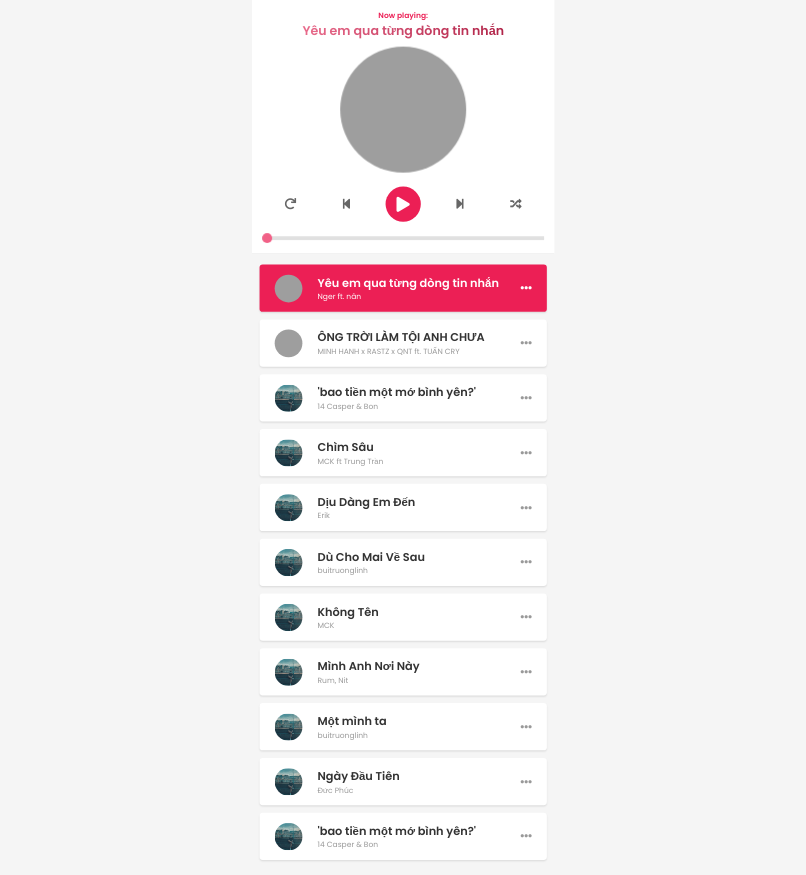
Repository: lt-chinh098406/BIn-Music
Page: index.html
The author's editor kept a copy of each file at every save. The page is drawn from the files as they stood at one save, then again after the next save.
The browser window is 1280 px wide. The pictures show the whole page, at 63% of full size.
Pictures or frames that could not be fetched are drawn as grey boxes.

Above is the page before, as saved 2022-03-20 13:34:57.

### index.html
<!DOCTYPE html>
<html lang="en">
  <head>
    <meta charset="UTF-8" />
    <meta http-equiv="X-UA-Compatible" content="IE=edge" />
    <meta name="viewport" content="width=device-width, initial-scale=1.0" />
    <title>Music player</title>
    <link
      rel="stylesheet"
      href="https://cdnjs.cloudflare.com/ajax/libs/font-awesome/5.15.2/css/all.min.css"
      integrity="sha512-HK5fgLBL+xu6dm/Ii3z4xhlSUyZgTT9tuc/hSrtw6uzJOvgRr2a9jyxxT1ely+B+xFAmJKVSTbpM/CuL7qxO8w=="
      crossorigin="anonymous"
    />
    <link rel="preconnect" href="https://fonts.gstatic.com" />
    <link
      href="https://fonts.googleapis.com/css2?family=Poppins:wght@300;400;600&display=swap"
      rel="stylesheet"
    />
    <link rel="stylesheet" href="./assets/main.css" />
  </head>
  <body>
    <body>
      <div class="player">
        <!-- Dashboard -->
        <div class="dashboard">
          <!-- Header -->
          <header>
            <h4>Now playing:</h4>
            <h2>String 57th & 9th</h2>
          </header>

          <!-- CD -->
          <div class="cd">
            <div class="cd-thumb"></div>
          </div>

          <!-- Control -->
          <div class="control">
            <div class="btn btn-repeat">
              <i class="fas fa-redo"></i>
            </div>
            <div class="btn btn-prev">
              <i class="fas fa-step-backward"></i>
            </div>
            <div class="btn btn-toggle-play">
              <i class="fas fa-pause icon-pause"></i>
              <i class="fas fa-play icon-play"></i>
            </div>
            <div class="btn btn-next">
              <i class="fas fa-step-forward"></i>
            </div>
            <div class="btn btn-random">
              <i class="fas fa-random"></i>
            </div>
          </div>

          <input
            id="progress"
            class="progress"
            type="range"
            value="0"
            step="1"
            min="0"
            max="100"
          />

          <audio id="audio" src=""></audio>
        </div>

        <!-- Playlist -->
        <div class="playlist"></div>
      </div>

      <script src="./main.js"></script>
    </body>
  </body>
</html>

### assets/main.css
:root {
  --primary-color: #ec1f55;
  --text-color: #333;
}

* {
  padding: 0;
  margin: 0;
  box-sizing: inherit;
}

body {
  background-color: #f5f5f5;
}

html {
  box-sizing: border-box;
  font-family: "Poppins", sans-serif;
}

.player {
  position: relative;
  max-width: 480px;
  margin: 0 auto;
}

.player .icon-pause {
  display: none;
}

.player.playing .icon-pause {
  display: inline-block;
}

.player.playing .icon-play {
  display: none;
}

.dashboard {
  padding: 16px 16px 14px;
  background-color: #fff;
  position: fixed;
  top: 0;
  width: 100%;
  max-width: 480px;
  border-bottom: 1px solid #ebebeb;
}

/* HEADER */
header {
  text-align: center;
  margin-bottom: 10px;
}

header h4 {
  color: var(--primary-color);
  font-size: 12px;
}

header h2 {
  font-size: 20px;
  background-image: linear-gradient(to right, #f47999, #a5163b);
  color: transparent;
  -webkit-background-clip: text;
}

/* CD */
.cd {
  display: flex;
  margin: auto;
  width: 200px;
}

.cd-thumb {
  width: 100%;
  padding-top: 100%;
  border-radius: 50%;
  background-color: #333;
  background-size: cover;
  margin: auto;
}

/* CONTROL */
.control {
  display: flex;
  align-items: center;
  justify-content: space-around;
  padding: 18px 0 8px 0;
}

.control .btn {
  color: #666;
  padding: 18px;
  font-size: 18px;
  cursor: pointer;
}

.control .btn.active {
  color: var(--primary-color);
}

.control .btn-toggle-play {
  width: 56px;
  height: 56px;
  border-radius: 50%;
  font-size: 24px;
  color: #fff;
  display: flex;
  align-items: center;
  justify-content: center;
  background-color: var(--primary-color);
}

.progress {
  width: 100%;
  -webkit-appearance: none;
  height: 6px;
  background: #d3d3d3;
  outline: none;
  opacity: 0.7;
  -webkit-transition: 0.2s;
  transition: opacity 0.2s;
  cursor: pointer;
}

.progress::-webkit-slider-thumb {
  -webkit-appearance: none;
  appearance: none;
  background-color: var(--primary-color);
  cursor: pointer;
  height: 16px;
  width: 16px;
  border-radius: 100%;
  border: none;
  outline: none;
  z-index: 9;
  position: relative;
}

/* PLAYLIST */
.playlist {
  margin-top: 408px;
  padding: 12px;
}

.song {
  display: flex;
  align-items: center;
  margin-bottom: 12px;
  background-color: #fff;
  padding: 8px 16px;
  border-radius: 5px;
  box-shadow: 0 2px 3px rgba(0, 0, 0, 0.1);
  cursor: pointer;
}

.song.active {
  background-color: var(--primary-color);
}

.song:active {
  opacity: 0.8;
}

.song.active .option,
.song.active .author,
.song.active .title {
  color: #fff;
}

.song .thumb {
  width: 44px;
  height: 44px;
  border-radius: 50%;
  background-size: cover;
  margin: 0 8px;
}

.song .body {
  flex: 1;
  padding: 0 16px;
}

.song .title {
  font-size: 18px;
  color: var(--text-color);
}

.song .author {
  font-size: 12px;
  color: #999;
}

.song .option {
  padding: 16px 8px;
  color: #999;
  font-size: 18px;
}

### main.js
const $ = document.querySelector.bind(document);
const $$ = document.querySelectorAll.bind(document);

const player = $(".player");
const heading = $("header h2");
const cdThumb = $(".cd-thumb");
const audio = $("#audio");
const cd = $(".cd");
const playBtn = $(".btn-toggle-play");
const progress = $("#progress");
const nextBtn = $(".btn-next");
const prevBtn = $(".btn-prev");
const randomBtn = $(".btn-random");
const repeatBtn = $(".btn-repeat");
const playlist = $(".playlist");

const app = {
  currentIndex: 0,
  isPlaying: false,

  songs: [
    {
      name: "Yêu em qua từng dòng tin nhắn",
      singer: "Nger ft. nân",
      path: "./assets/music/Yêu em qua dòng tin nhắn(iêu iem qua dòng tin nhắn) - Ngơ ft. Nân [Lyrics Video].mp3",
      image: "./assets/img/1.jpg",
    },
    {
      name: "ÔNG TRỜI LÀM TỘI ANH CHƯA",
      singer: "MINH HANH x RASTZ x QNT ft. TUẤN CRY",
      path: "./assets/music/ÔNG TRỜI LÀM TỘI ANH CHƯA - MINH HANH x RASTZ x QNT ft. TUẤN CRY.mp3",
      image: "./assets/img/3.jpg",
    },
    {
      name: "'bao tiền một mớ bình yên?'",
      singer: "14 Casper & Bon",
      path: "./assets/music/'bao tiền một mớ bình yên-' - 14 Casper & Bon (Official).mp3",
      image: "./assets/img/5.jpg",
    },
    {
      name: "Chìm Sâu",
      singer: "MCK ft Trung Trần",
      path: "./assets/music/Chìm Sâu - RPT MCK (feat. Trung Trần) - Official Lyrics Video.mp3",
      image: "./assets/img/5.jpg",
    },
    {
      name: "Dịu Dàng Em Đến",
      singer: "Erik",
      path: "./assets/music/Dịu Dàng Em Đến - ERIK x Ryan「Lo - Fi Version by 1 9 6 7」- Official Music Video.mp3",
      image: "./assets/img/5.jpg",
    },
    {
      name: "Dù Cho Mai Về Sau",
      singer: "buitruonglinh",
      path: "./assets/music/Dù Cho Mai Về Sau (Acoustic Version) - buitruonglinh.mp3",
      image: "./assets/img/5.jpg",
    },
    {
      name: "Không Tên",
      singer: "MCK",
      path: "./assets/music/Không Tên -- MCK a.k.a Nger -- Official Lyrics Video.mp3",
      image: "./assets/img/5.jpg",
    },
    {
      name: "Mình Anh Nơi Này",
      singer: "Rum, Nit",
      path: "./assets/music/Mình Anh Nơi Này (Lofi Ver.) - Nit x Sing x Freak D.mp3",
      image: "./assets/img/5.jpg",
    },
    {
      name: "Một mình ta",
      singer: "buitruonglinh",
      path: "./assets/music/Một Mình Ta - buitruonglinh - Lyrics Video -.mp3",
      image: "./assets/img/5.jpg",
    },
    {
      name: "Ngày Đầu Tiên",
      singer: "Đức Phúc",
      path: "./assets/music/Ngày Đầu Tiên (Lofi Ver.) - Đức Phúc x Freak D.mp3",
      image: "./assets/img/5.jpg",
    },
    {
      name: "'bao tiền một mớ bình yên?'",
      singer: "14 Casper & Bon",
      path: "./assets/music/'bao tiền một mớ bình yên-' - 14 Casper & Bon (Official).mp3",
      image: "./assets/img/5.jpg",
    },
  ],

  render: function () {
    const htmls = this.songs.map((song, index) => {
      return `
        <div class="song ${
          index === this.currentIndex ? "active" : ""
        }" data-index="${index}">
          <div class="thumb" style="background-image: url('${song.image}')">
          </div>
          <div class="body">
            <h3 class="title">${song.name}</h3>
            <p class="author">${song.singer}</p>
          </div>
          <div class="option">
            <i class="fas fa-ellipsis-h"></i>
          </div>
        </div>
      `;
    });
    playlist.innerHTML = htmls.join("");
  },

  defineProperties: function () {
    Object.defineProperty(this, "currentSong", {
      get: function () {
        return this.songs[this.currentIndex];
      },
    });
  },

  handleEvents: function () {
    const _this = this;
    const cdWidth = cd.offsetWidth;

    // Xử lý CD rotate
    const cdThumbAnimate = cdThumb.animate([{ transform: "rotate(360deg)" }], {
      duration: 30000, // 10s
      iterations: Infinity,
    });
    cdThumbAnimate.pause();

    // Xử lý scroll cd
    document.onscroll = function () {
      const scrollTop = window.scrollY || document.documentElement.scrollTop;

      const newCdWidth = cdWidth - scrollTop;

      cd.style.width = newCdWidth > 0 ? newCdWidth + "px" : 0; // fix bug
      cd.style.opacity = newCdWidth / cdWidth; // opacity when scroll
    };

    // Xử lý play
    playBtn.onclick = function () {
      if (_this.isPlaying) {
        audio.pause();
      } else {
        audio.play();
      }
    };

    // Khi song được play
    audio.onplay = function () {
      _this.isPlaying = true;
      player.classList.add("playing");
      cdThumbAnimate.play();
    };

    // Khi song bị pause
    audio.onpause = function () {
      _this.isPlaying = false;
      player.classList.remove("playing");
      cdThumbAnimate.pause();
    };

    // khi tiến độ bài hát thay đổi
    audio.ontimeupdate = function () {
      if (audio.duration) {
        const progressPercent = Math.floor(
          (audio.currentTime / audio.duration) * 100
        );
        progress.value = progressPercent;
      }
    };

    //seek
    progress.oninput = function (e) {
      const seekTime = (audio.duration / 100) * e.target.value;
      audio.currentTime = seekTime;
    };

    // Khi next/prev song
    nextBtn.onclick = function () {
      if (randomBtn.classList.contains("active")) {
        _this.playRandomSong();
      } else {
        _this.nextSong();
      }
      // cdThumb.style.transform = 'rotate(0)'
      audio.play();
      _this.activeSong();
      _this.scrollToActiveSong();
    };
    prevBtn.onclick = function () {
      if (randomBtn.classList.contains("active")) {
        _this.playRandomSong();
      } else {
        _this.nextSong();
      }
      // cdThumb.style.transform = 'rotate(0)'
      audio.play();
      _this.activeSong();
      _this.scrollToActiveSong();
    };

    // Random song
    randomBtn.onclick = function () {
      randomBtn.classList.toggle("active");
      repeatBtn.classList.remove("active");
    };

    // Repeat song
    repeatBtn.onclick = function () {
      repeatBtn.classList.toggle("active");
      randomBtn.classList.remove("active");
    };

    // Xử lý nextsong khi audio ended
    audio.onended = function () {
      if (repeatBtn.classList.contains("active")) {
        audio.play();
      } else {
        nextBtn.click();
      }
    };

    // Lắng nghe click vào playlist
    playlist.onclick = function (e) {
      const songNode = e.target.closest(".song:not(.active)");
      // if (songNode || e.target.closest('option')) {
      if (songNode && !e.target.closest("option")) {
        const newIndex = songNode.getAttribute("data-index");
        _this.currentIndex = newIndex;
        _this.loadCurrentSong();
        _this.activeSong();
        audio.play();
      }
      // }
    };
  },

  loadCurrentSong: function () {
    heading.textContent = this.currentSong.name;
    cdThumb.style.backgroundImage = `url('${this.currentSong.image}')`;
    audio.src = this.currentSong.path;
  },

  nextSong: function () {
    this.currentIndex++;
    if (this.currentIndex >= this.songs.length) {
      this.currentIndex = 0;
    }
    this.loadCurrentSong();
  },

  prevSong: function () {
    if (this.currentIndex != 0) {
      this.currentIndex--;
    } else {
      this.currentIndex = this.songs.length - 1;
    }
    this.loadCurrentSong();
  },

  playRandomSong: function () {
    let newIndex;
    do {
      newIndex = Math.floor(Math.random() * this.songs.length);
    } while (newIndex === this.currentIndex);

    this.currentIndex = newIndex;
    this.loadCurrentSong();
  },

  activeSong: function () {
    var loopSongs = $$(".song");
    for (song of loopSongs) {
      song.classList.remove("active");
    }
    const activeSong = loopSongs[this.currentIndex];
    activeSong.classList.add("active");
  },

  scrollToActiveSong: function () {
    setTimeout(() => {
      if (this.currentIndex < 3) {
        $(".song.active").scrollIntoView({
          behavior: "smooth",
          block: "end",
        });
      } else {
        $(".song.active").scrollIntoView({
          behavior: "smooth",
          block: "nearest",
        });
      }
    }, 300);
  },

  start: function () {
    // Định nghĩa các thuộc tính cho Object
    this.defineProperties();

    // Lắng nghe / xử lý các event
    this.handleEvents();

    // tải thông tin bài hát đầu tiên vào UI khi chạy ứng dụng
    this.loadCurrentSong();

    // render playlist
    this.render();
  },
};

app.start();

After the next save:
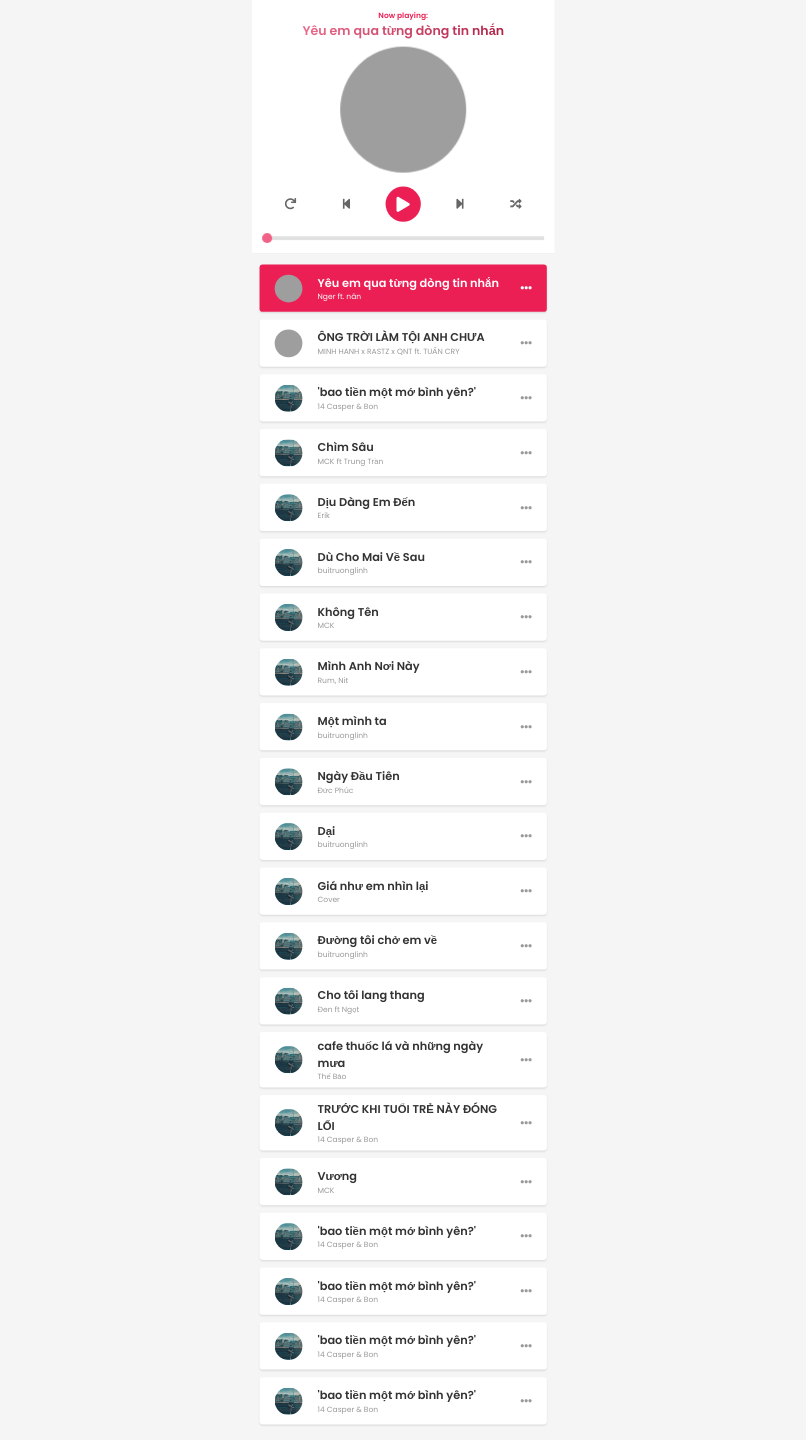
Saved 7 min 14 s later.
--- a/main.js
+++ b/main.js
@@ -77,6 +77,66 @@ const app = {
       name: "Ngày Đầu Tiên",
       singer: "Đức Phúc",
       path: "./assets/music/Ngày Đầu Tiên (Lofi Ver.) - Đức Phúc x Freak D.mp3",
+      image: "./assets/img/5.jpg",
+    },
+    {
+      name: "Dại",
+      singer: "buitruonglinh",
+      path: "./assets/music/Dại- buitruonglinh ft Tuyên (Lyrics).mp3",
+      image: "./assets/img/5.jpg",
+    },
+    {
+      name: "Giá như em nhìn lại",
+      singer: "Cover",
+      path: "./assets/music/GIÁ NHƯ EM NHÌN LẠI - JSOL x VIRUSS - Cover- Chương Chu.mp3",
+      image: "./assets/img/5.jpg",
+    },
+    {
+      name: "Đường tôi chở em về",
+      singer: "buitruonglinh",
+      path: "./assets/music/LIVE OUTDOOR - buitruonglinh live - Đường Tôi Chở Em Về - #4.mp3",
+      image: "./assets/img/5.jpg",
+    },
+    {
+      name: "Cho tôi lang thang",
+      singer: "Đen ft Ngọt",
+      path: "./assets/music/Ngọt vc. Đen - Cho Tôi Lang Thang.mp3",
+      image: "./assets/img/5.jpg",
+    },
+    {
+      name: "cafe thuốc lá và những ngày mưa",
+      singer: "Thế Bảo",
+      path: "./assets/music/Thế Bảo - Cafe, Thuốc Lá & Những Ngày Vui (Official Lyric Video).mp3",
+      image: "./assets/img/5.jpg",
+    },
+    {
+      name: "TRƯỚC KHI TUỔI TRẺ NÀY ĐÓNG LỐI",
+      singer: "14 Casper & Bon",
+      path: "./assets/music/TRƯỚC KHI TUỔI TRẺ NÀY ĐÓNG LỐI - Ngắn x Xám x Dick - -Đà Lạt- Ep3 ( Directed by Nguyễn Nhật Trung ).mp3",
+      image: "./assets/img/5.jpg",
+    },
+    {
+      name: "Vương",
+      singer: "MCK",
+      path: "./assets/music/Và nếu nắng gió có cuốn em đi, như là lời hứa... - Vương - MCK a.k.a Nger「 Lyric video 」.mp3",
+      image: "./assets/img/5.jpg",
+    },
+    {
+      name: "'bao tiền một mớ bình yên?'",
+      singer: "14 Casper & Bon",
+      path: "./assets/music/'bao tiền một mớ bình yên-' - 14 Casper & Bon (Official).mp3",
+      image: "./assets/img/5.jpg",
+    },
+    {
+      name: "'bao tiền một mớ bình yên?'",
+      singer: "14 Casper & Bon",
+      path: "./assets/music/'bao tiền một mớ bình yên-' - 14 Casper & Bon (Official).mp3",
+      image: "./assets/img/5.jpg",
+    },
+    {
+      name: "'bao tiền một mớ bình yên?'",
+      singer: "14 Casper & Bon",
+      path: "./assets/music/'bao tiền một mớ bình yên-' - 14 Casper & Bon (Official).mp3",
       image: "./assets/img/5.jpg",
     },
     {
